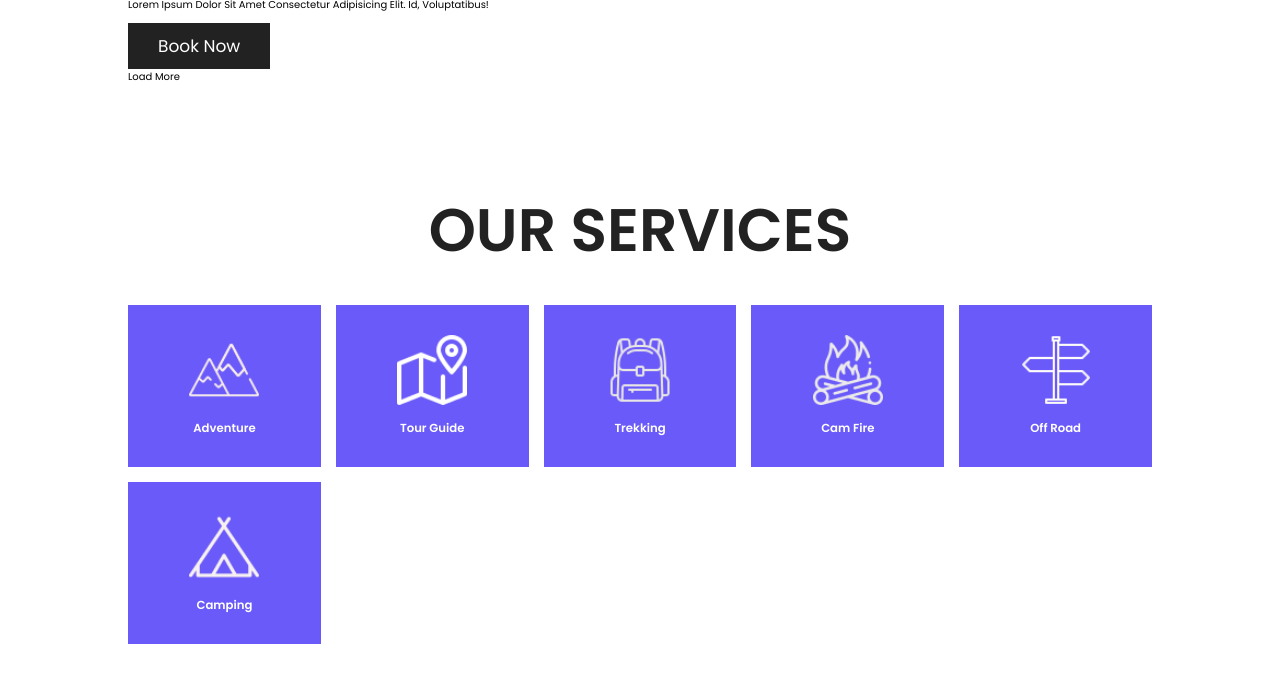
Repository: CTCuong/Traveloka-Web
Page: assets/home.html
The author's editor kept a copy of each file at every save. The page is drawn from the files as they stood at one save, then again after the next save.
The browser window is 1280 px wide. The pictures show the part of the page from y = 2838 to 3532 px (the page is 4178 px tall before and 4197 px after).
Pictures or frames that could not be fetched are drawn as grey boxes. A picture or video elsewhere on the page could not be fetched, so the positions and the page height are approximate. Backgrounds fixed to the window are drawn as part of the page.

Above is the page before, as saved 2023-07-04 21:01:51.

After the next save:
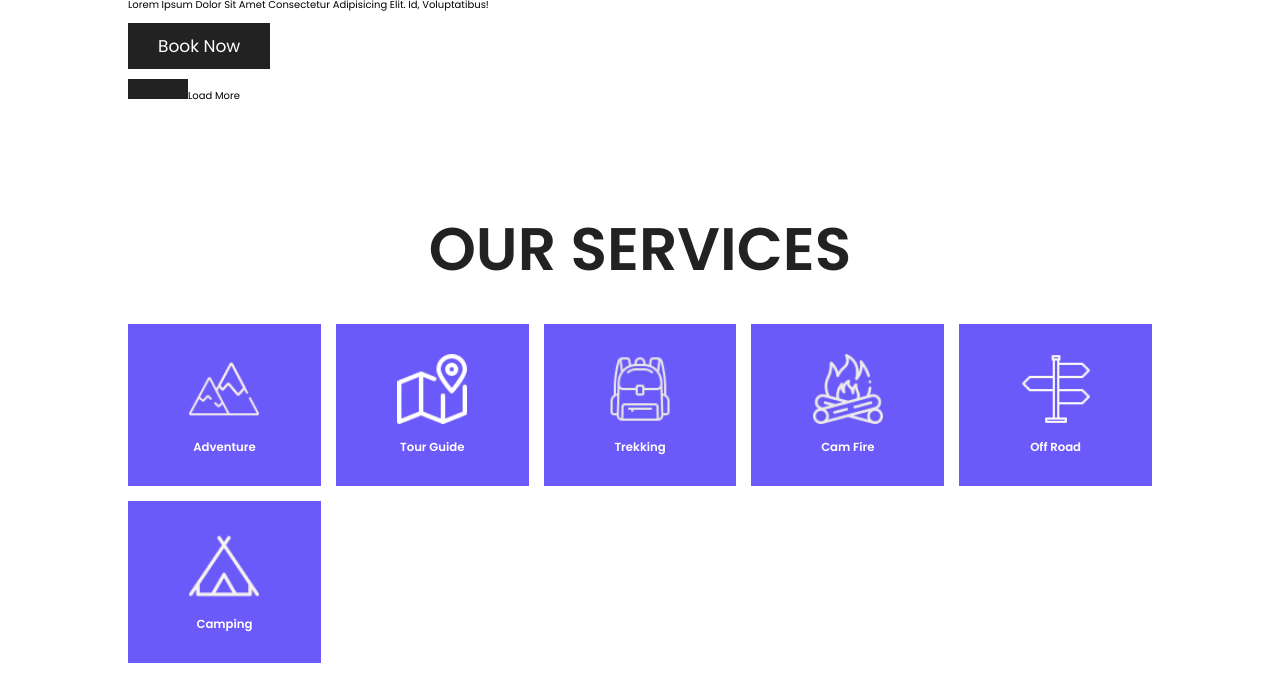
Saved 68 s later.
--- a/assets/home.html
+++ b/assets/home.html
@@ -126,7 +126,7 @@
 
         </div>
 
-        <div class="load-more"> <a href="package.html"></a>load more</div>
+        <div class="load-more"> <a href="package.html" class="btn"></a>load more</div>
 
     </section>
     <!-- home package section ends -->

After the save that followed:
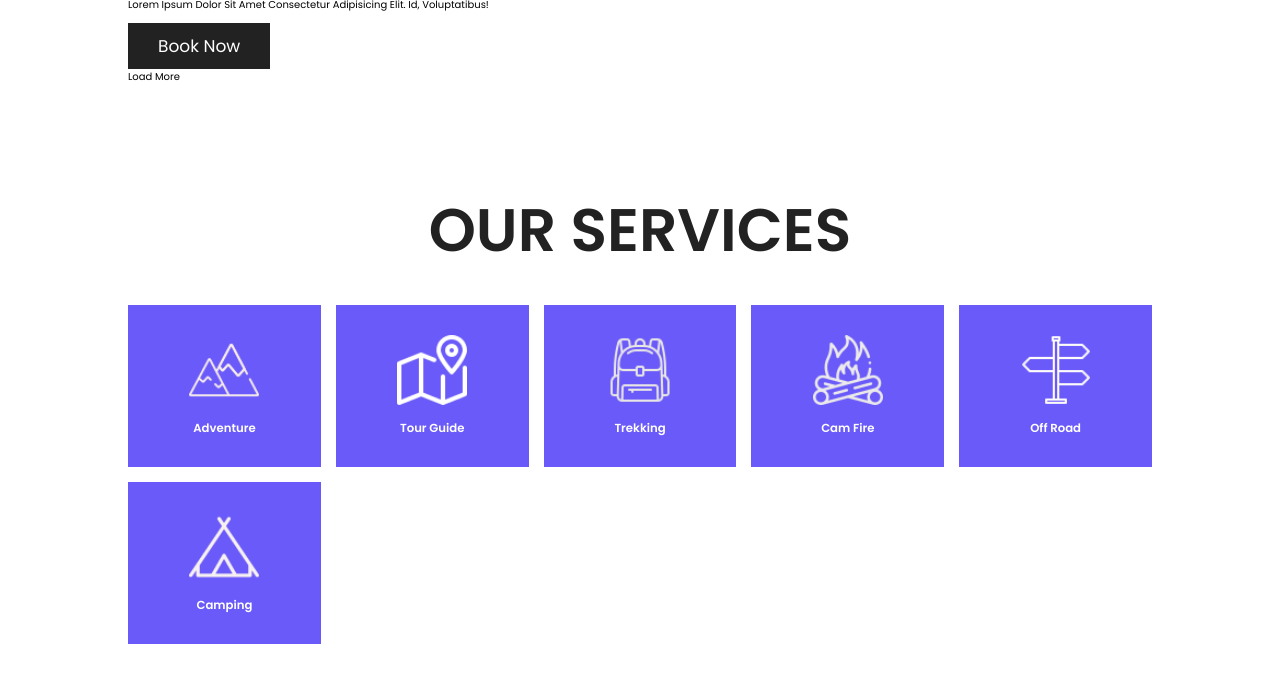
Saved 32 s later.
--- a/assets/home.html
+++ b/assets/home.html
@@ -126,7 +126,7 @@
 
         </div>
 
-        <div class="load-more"> <a href="package.html" class="btn"></a>load more</div>
+        <div class="load-more"> <a href="package.html"></a>load more</div>
 
     </section>
     <!-- home package section ends -->
